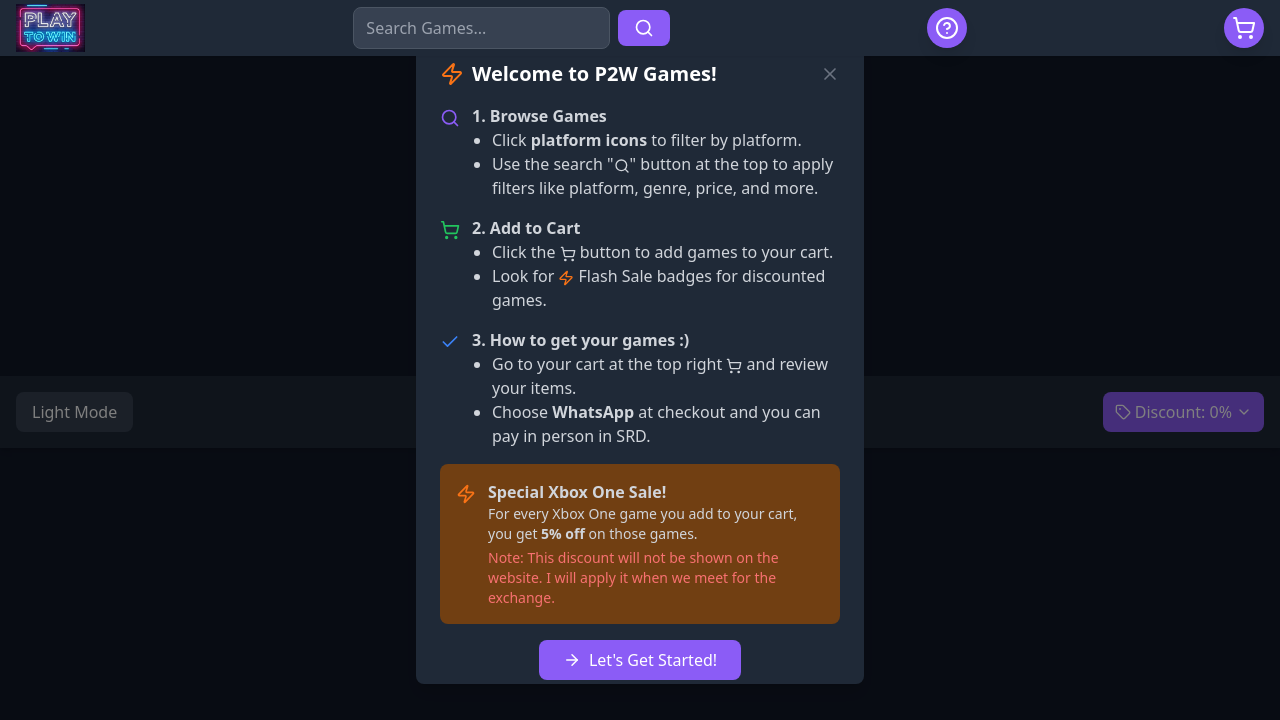
Repository: Play2Win777/P2W-Superbase
Page: /checkout
These files come from the project's save history. The page is drawn as it stood at one moment and after the next save; the edit follows.
The browser window is 1280 px wide. The pictures show the whole page.
The page's requests for data from a server got no answer. The project was rebuilt for these pictures with package versions that can differ from the ones it lists, and the page was loaded fresh each time. No one was signed in, and anything a server would have sent is missing. Also part of the build but not shown: vite.config.ts, src/components/Filters.tsx, src/components/GameCard.tsx, src/components/FlashSaleBadge.tsx, src/pages/GameDetails.tsx, src/pages/FlashSalePage.tsx, src/components/Toast.tsx.

Above is the page before, as saved 2025-03-21 15:54:12.

After the next save:
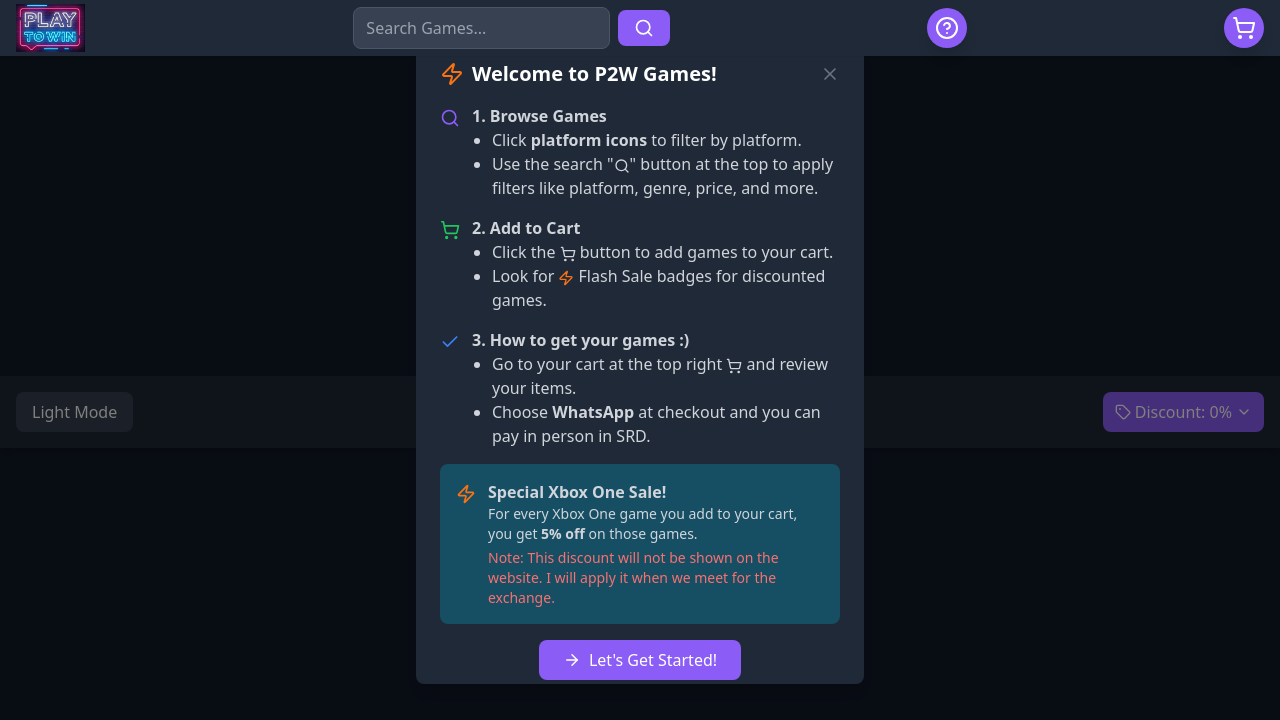
Saved 66 s later.
--- a/src/App.tsx
+++ b/src/App.tsx
@@ -75,7 +75,7 @@
           </div>
 
           {/* Special Xbox One Sale Note */}
-          <div className="bg-yellow-100 dark:bg-yellow-900 p-4 rounded-lg">
+          <div className="bg-yellow-100 dark:bg-cyan-900 p-4 rounded-lg">
             <div className="flex items-start gap-3">
               <Zap size={20} className="flex-shrink-0 mt-1 text-orange-500" />
               <div>
